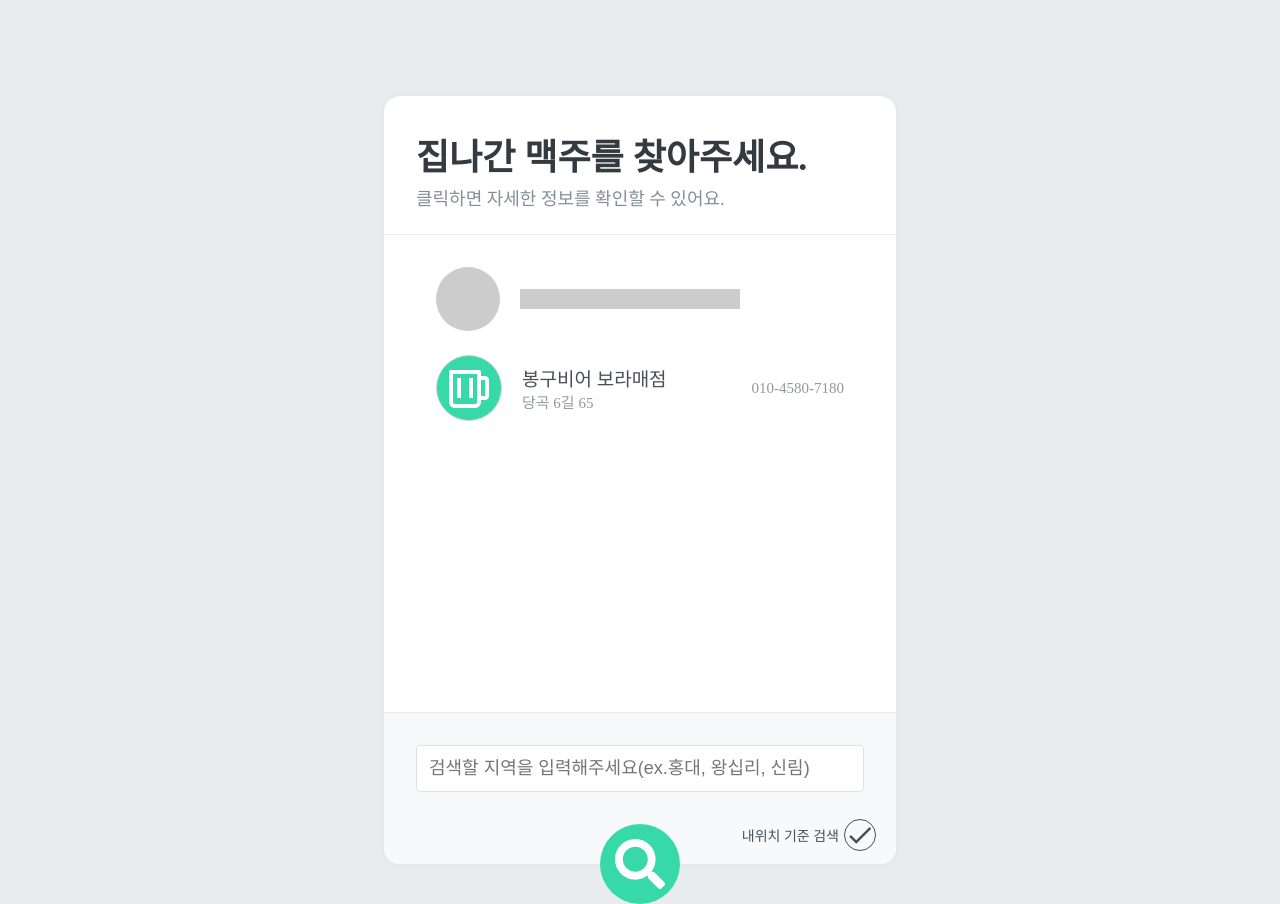
Repository: THE-SOPT-WEB/kimNamjun
Page: / (app in week4/bring-my-beer/)
These files come from the project's save history. The page is drawn as it stood at one moment and after the next save; the edit follows.
The browser window is 1280 px wide. The pictures show the whole page.
The project was rebuilt for these pictures with package versions that can differ from the ones it lists, and the page was loaded fresh each time.

Above is the page before, as saved 2022-05-13 03:30:51.

After the next save:
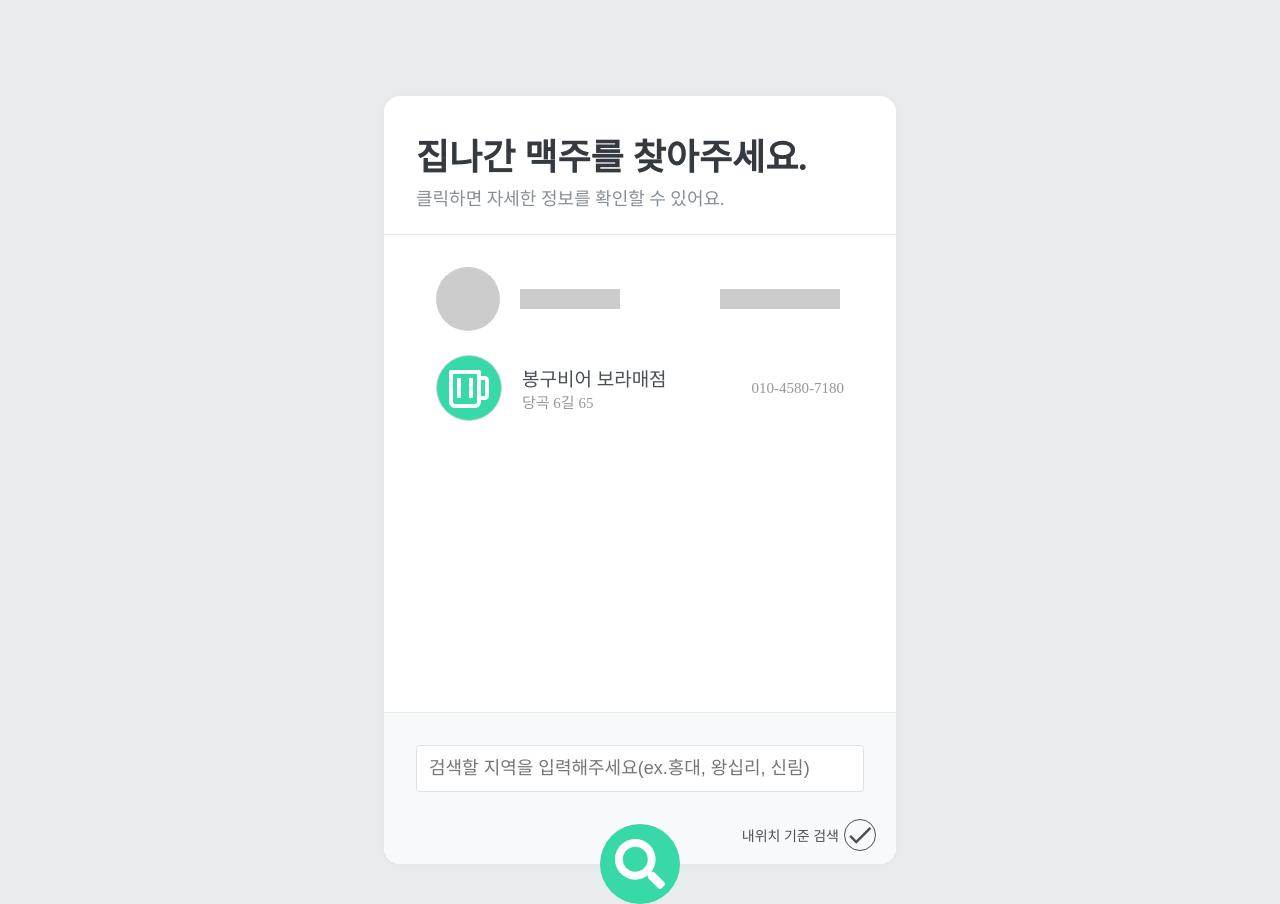
Saved 12 s later.
--- a/week4/bring-my-beer/src/components/SkeletonItem.jsx
+++ b/week4/bring-my-beer/src/components/SkeletonItem.jsx
@@ -18,6 +18,7 @@
 const Title = styled.div`
   width: 100px;
   height:20px;
+  margin-right: 100px;
   background-color: #ccc;
 `;
 

After the save that followed:
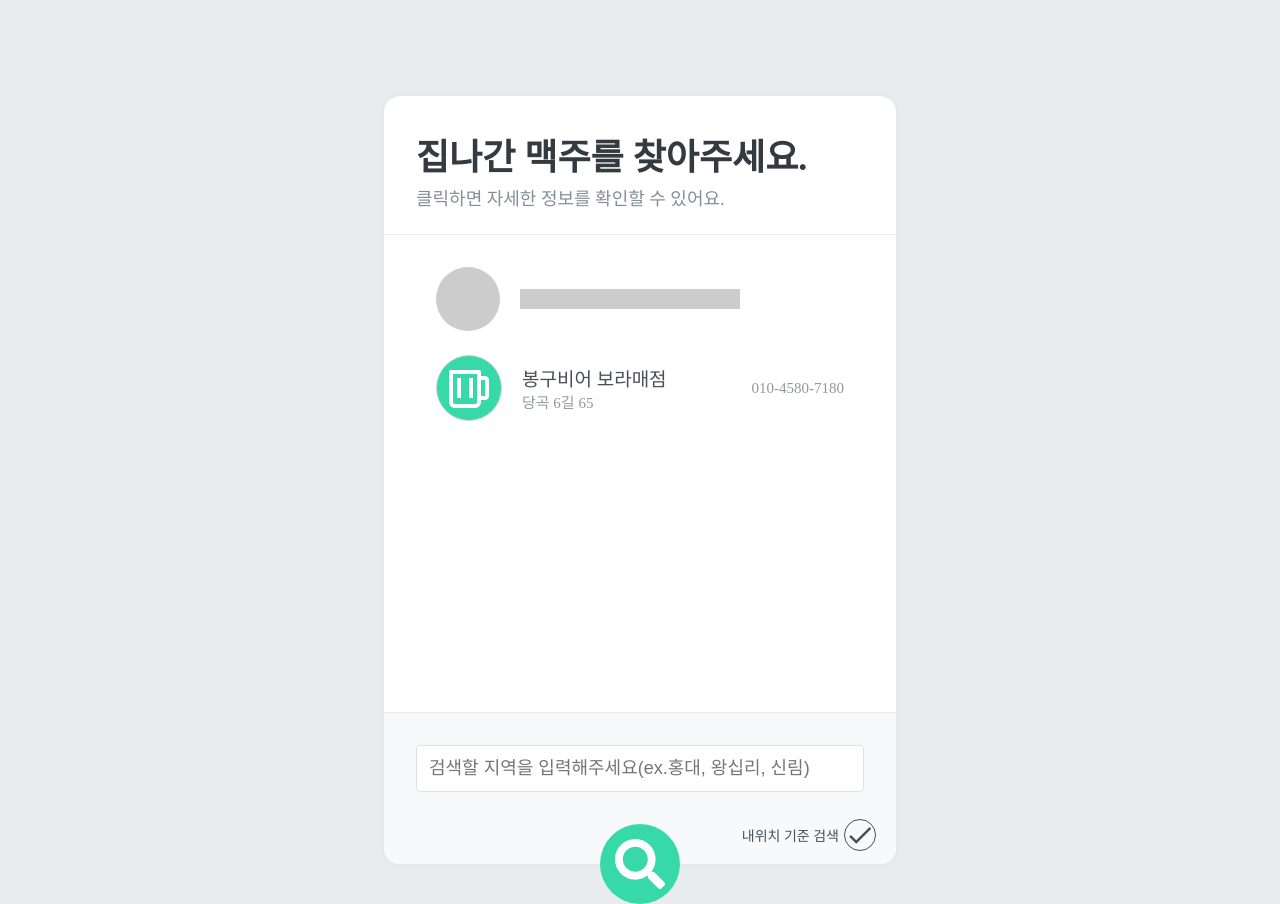
Saved 102 s later.
--- a/week4/bring-my-beer/src/components/SkeletonItem.jsx
+++ b/week4/bring-my-beer/src/components/SkeletonItem.jsx
@@ -15,10 +15,13 @@
   background-color: #ccc;
 `;
 
+const Flex = styled.div`
+    flex-grow: 6;
+`
+
 const Title = styled.div`
   width: 100px;
   height:20px;
-  margin-right: 100px;
   background-color: #ccc;
 `;
 
